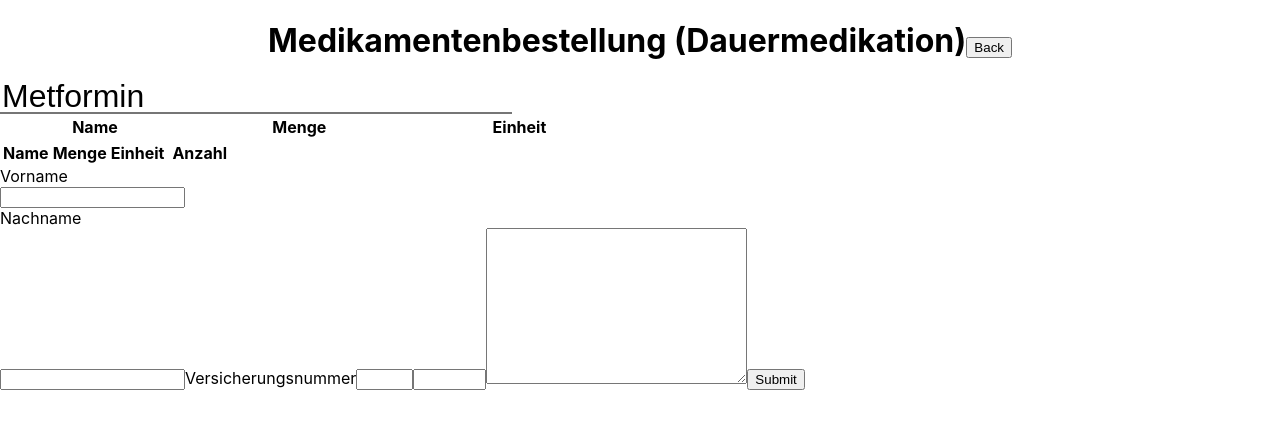
Repository: Esatollah/MedDemo
Page: / (app in client/)
An editor plug-in stored every save of this project. The page is shown before and after the next save, followed by the edit.
The browser window is 1280 px wide. The pictures show the whole page.
The page's requests for data from a server got no answer. The project was rebuilt for these pictures with package versions that can differ from the ones it lists, and the page was loaded fresh each time. No one was signed in, and anything a server would have sent is missing. Also part of the build but not shown: client/src/App.css, client/src/Routes/Bestellungen.jsx.

Above is the page before, as saved 2022-06-08 16:32:48.

### client/src/App.js
import './App.css';
import SearchBar from './Routes/Search';
import {BrowserRouter, Routes, Route} from 'react-router-dom'
import Bestellungen from './Routes/Bestellungen';
import ReactModal from 'react-modal';

ReactModal.setAppElement('#root')
function App() {
  return (
    <BrowserRouter>
    <Routes>
      <Route path='/' element={<div><SearchBar/></div>}/>
      <Route path='/bestellungen' element={<div><Bestellungen/></div>}/>
    </Routes>
    </BrowserRouter>
  );
}

export default App;

### client/src/Routes/Search.jsx
import React, { useState, useEffect } from 'react'
import DrugAPI from '../api/DrugAPI';
import Form from '../components/Form';
import './Search.css'


const Search = () => {

  const [searchinput, setSearchinput] = useState("Metformin");
  const [drugs, setDrugs] = useState([]);
  const [cartitems, setCartitems] = useState([]);

  // add loading screen, maybe with loading while drugs empty
  useEffect(() => {
    const fetchData = async () => {
      try {
        const result = await DrugAPI.get(`/?drugsearch=${searchinput}`)
        setDrugs(result.data.meds)
      } catch (err) {
        console.error(err);
      }
    }

    fetchData();

  }, [searchinput])

  const handleDrugClick = (e, x) => {
    const is_in_cart = cartitems.some(y => {
      if (y.id === x.id) {
        return true;
      }

      return false;
    })

    if (is_in_cart) {
      return
    }
    let temp = { ...x, anzahl: "1" }
    setCartitems([...cartitems, temp]);
  }

  const handleDelete = (e, x, index) => {
    let temp = [...cartitems]

    temp.splice(index, 1);

    setCartitems(temp);
  }

  const handleCountchange = (e, x, index) => {
    let temps = [...cartitems]
    let temp = {
      ...temps[index],
      anzahl: e.target.value
    }
    temps[index] = temp
    setCartitems(temps);

  }


  return (
    <>
      <h1>Medikamentenbestellung (Dauermedikation)<a href='/bestellungen'><button >Back</button></a></h1>
        <div className='search-box'>
          <input type="search" placeholder="Suche" id="search" value={searchinput} onChange={e => setSearchinput(e.target.value)} />
          <div className='table-box'>
            <table className='drugtable'>
              <thead>
                <tr>
                  <th scope='col'>
                    Name
                  </th>
                  <th scope='col'>Menge</th>
                  <th scope='col'>Einheit</th>
                  <th scope='col'></th>
                </tr>
              </thead>
              <tbody>
                {drugs && drugs.map((x) => {
                  return (
                    <tr key={x.id} className="drug-row" >
                      <td className={x.name}>{x.name}</td>
                      <td>{x.menge}</td>
                      <td>{x.mengenart}</td>
                      <td><button onClick={(e) => { handleDrugClick(e, x) }}>+</ button></td>
                    </tr>
                  )
                })}
              </tbody>

            </table>
          </div>

        <div>
          <table>
            <thead>
              <tr>
                <th scope='col'>
                  Name
                </th>
                <th scope='col'>Menge</th>
                <th scope='col'>Einheit</th>
                <th scope='col'></th>
                <th scope='col'>Anzahl</th>
              </tr>
            </thead>
            <tbody>
              {cartitems && cartitems.map((x, index) => {
                if (x.abgabezahl) {
                  return (
                    <tr key={index} className="drug-row" >
                      <td>{x.name}</td>
                      <td>{x.menge}</td>
                      <td>{x.mengenart}</td>
                      <td><button onClick={(e) => handleDelete(e, x, index)}>-</button></td>
                      <td><select onChange={(e) => { handleCountchange(e, x, index) }}><option value="1">1</option><option value="2">2</option></select></td>
                    </tr>
                  )
                }
                return (
                  <tr key={index} className="drug-row" >
                    <td>{x.name}</td>
                    <td>{x.menge}</td>
                    <td>{x.mengenart}</td>
                    <td><button onClick={(e) => handleDelete(e, x, index)}>-</button></td>
                    <td>1</td>
                  </tr>
                )
              })}
            </tbody>
          </ table>
        </div>
      </div>

      <Form cartitems={cartitems} setCartitems={setCartitems} />
    </>
  )
}

export default Search

### client/src/api/DrugAPI.js
import axios from 'axios'

export default axios.create({
    baseURL: "http://localhost:5000/api"
})

### client/src/components/Form.jsx
import React, {useState}from 'react'
import DrugAPI from '../api/DrugAPI'

const Form = props => {

    const [fname, setFname] = useState('');
    const [lname, setLname] = useState('');
    const [vpin, setVpin] = useState('');
    const [vbday, setVbday] = useState('');
    const [anmerkungen, setAnmerkungen] = useState('');

    const handleSubmit = (e) => {

        e.preventDefault();
        const formdata = {
            fname,
            lname,
            vpin,
            vbday,
            anmerkungen
        }

        const fetchData = async () =>{
            try {
            await DrugAPI.post("/", {drugs:{...props.cartitems}, ...formdata})
            } catch (error) {
                console.error(error);
            }
    }

    fetchData();

    setFname('');setLname('');setVpin('');setVbday('');setAnmerkungen('');
    props.setCartitems([]);

}


  return (
    <div>
        <form onSubmit={(e) =>handleSubmit(e)}>
            <label htmlFor="fname">Vorname</label><br/>
            <input type="text" value={fname} id="fname" name="fname" onChange={(e)=> setFname(e.target.value)}required/><br/>
            <label htmlFor="lname">Nachname</label><br />
            <input type="text" id="lname" value={lname} onChange={(e) => setLname(e.target.value)}name="lname" required />
            <label htmlFor="pin">Versicherungsnummer</label>
            <input type="text" id="pin" value={vpin} onChange={(e) => setVpin(e.target.value)} name="pin" size="4" minLength="4"maxLength="4" required/>
            <input type="text" id="bday" value={vbday} onChange={(e) => setVbday(e.target.value)} name="bday" size="6" minLength={6} maxLength={6} required/>
            <textarea value={anmerkungen} onChange={(e) => setAnmerkungen(e.target.value)} name="message" rows="10" cols="30">
            </textarea>
            <input type="submit" value="Submit" ></input><br />
        </form>
    </div>

  )
}

export default Form

### client/src/Routes/Search.css
#search {
    width:80%;
    height: 2rem;
    outline:none;
    border-top: hidden;
    border-right: hidden;
    border-left: hidden;
    font-size: 2rem;
}

.table-box {
    max-height: 200px;
    max-width: 100%;
    min-width:80%;
    overflow-y: auto;
}

h1 {
    display:flex;
    justify-content: center;
}

.order-box {
    display: flex;
    justify-content: center;
}

.search-box {
    max-width:50%;
}

.drug-row:hover {
    background-color: beige;
}

.drugtable {
    width: 100%;
}

Loaded but not shown: client/public/index.html (common file); client/src/index.js (common file); client/src/index.css (common file)

After the next save:
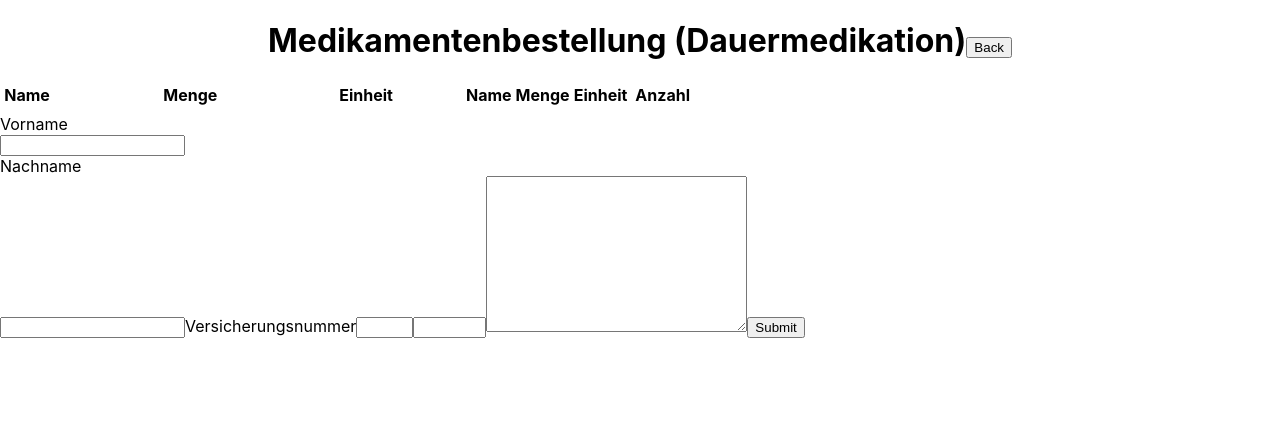
Saved 21 s later.
--- a/client/src/Routes/Search.css
+++ b/client/src/Routes/Search.css
@@ -20,13 +20,11 @@ h1 {
     justify-content: center;
 }
 
-.order-box {
-    display: flex;
-    justify-content: center;
-}
 
 .search-box {
+    display: flex;
     max-width:50%;
+    justify-content: center;
 }
 
 .drug-row:hover {
